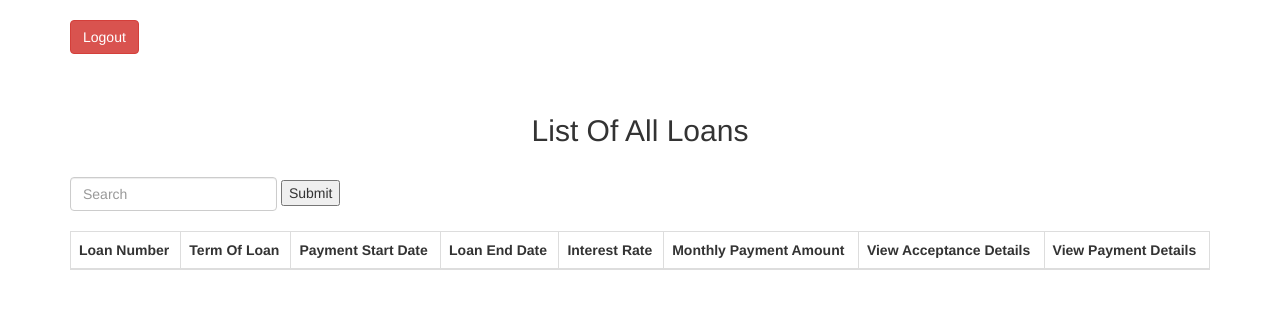
Repository: Bayvao/E-Loan-Project
Page: http://localhost/E-Loan-Project/WEB-INF/views/loan-list.jsp
An editor plug-in stored every save of this project. The page is shown before and after the next save, followed by the edit.
The browser window is 1280 px wide. The pictures show the whole page.
The page is served by Tomcat 9. Nobody is signed in. Other server files are loaded and not shown. The template is opened directly, without the code that normally fills it, so the values that code supplies are empty.

Above is the page before, as saved 2020-07-25 12:52:18.

### E-Loan-Project/src/main/webapp/WEB-INF/views/loan-list.jsp
<%@ taglib prefix="form" uri="http://www.springframework.org/tags/form"%>
<%@ taglib prefix="security"
	uri="http://www.springframework.org/security/tags"%>
<%@ taglib prefix="c" uri="http://java.sun.com/jsp/jstl/core"%>

<!DOCTYPE html>
<html lang="en">
<head>
<title>Loan List</title>

<meta charset="utf-8">
<meta name="viewport" content="width=device-width, initial-scale=1">
<link rel="stylesheet"
	href="https://maxcdn.bootstrapcdn.com/bootstrap/3.4.1/css/bootstrap.min.css">
<script
	src="https://ajax.googleapis.com/ajax/libs/jquery/3.5.1/jquery.min.js"></script>
<script
	src="https://maxcdn.bootstrapcdn.com/bootstrap/3.4.1/js/bootstrap.min.js"></script>


<style>
caption {
	text-align: center;
}

h2 {
	text-align: center;
}
</style>
</head>
<body>

	<div class="container">
		<br />

		<!-- Add a logout button -->
		<form:form action="${pageContext.request.contextPath}/logout"
			method="POST">

			<input type="submit" class="btn btn-danger" value="Logout" />

		</form:form>


		<br />
		<!-- display user name and role -->

		<p>

			<security:authorize access="isAuthenticated()">
        User: <security:authentication property="principal.username" />
        | Role: <security:authentication
					property="principal.authorities" />
			</security:authorize>

			<br />
		<div>
			<h2>List Of All Loans</h2>
		</div>
		<br />

		<form:form action="${pageContext.request.contextPath}/searchLoan"
			method="POST" class="form-inline">
			<i class="fas fa-search" aria-hidden="true"></i> <input
				class="form-control form-control-sm ml-3 w-75" type="text"
				placeholder="Search" aria-label="Search">
				<input
				class="class="btn btn-elegant btn-rounded btn-sm my-0" type="submit"
				placeholder="Search" aria-label="Search">
		</form:form>
		<br>

		<table class="table table-bordered table-hover">
			<thead>
				<tr>
					<th scope="col">Loan Number</th>
					<th scope="col">Term Of Loan</th>
					<th scope="col">Payment Start Date</th>
					<th scope="col">Loan End Date</th>
					<th scope="col">Interest Rate</th>
					<th scope="col">Monthly Payment Amount</th>
					<th scope="col">View Acceptance Details</th>
					<th scope="col">View Payment Details</th>

				</tr>
			</thead>
			<tbody>
				<c:forEach items="${listLoan}" var="loan">
					<tr>
						<td scope="row">${loan.loanNumber}</td>
						<td>${loan.termOfLoan}</td>
						<td>${loan.repaymentStartDate}</td>
						<td>${loan.loanClosureDate}</td>
						<td>${loan.interestRate}</td>
						<td>${loan.monthlyPaymentAmount}</td>
						<td><a
							href="${pageContext.request.contextPath}/manager/detailView?id=${loan.loanNumber}">View
								Details</a></td>
						<td><a
							href="${pageContext.request.contextPath}/manager/viewPaymentDetails?id=${loan.loanNumber}">View
								Details</a></td>
					</tr>
				</c:forEach>
			</tbody>
		</table>
	</div>
</body>
</html>

After the next save:
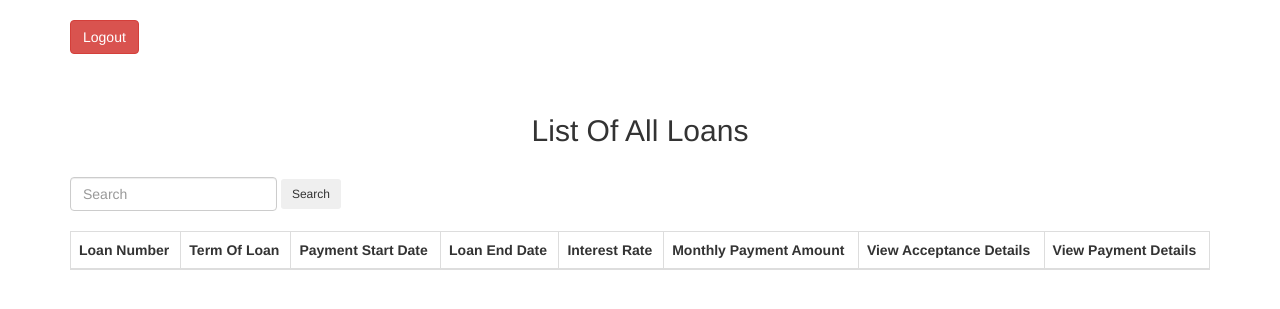
Saved 20 s later.
--- a/E-Loan-Project/src/main/webapp/WEB-INF/views/loan-list.jsp
+++ b/E-Loan-Project/src/main/webapp/WEB-INF/views/loan-list.jsp
@@ -64,9 +64,7 @@ h2 {
 			<i class="fas fa-search" aria-hidden="true"></i> <input
 				class="form-control form-control-sm ml-3 w-75" type="text"
 				placeholder="Search" aria-label="Search">
-				<input
-				class="class="btn btn-elegant btn-rounded btn-sm my-0" type="submit"
-				placeholder="Search" aria-label="Search">
+				<button class="btn btn-outline-warning btn-rounded btn-sm my-0" type="submit">Search</button>
 		</form:form>
 		<br>
 
